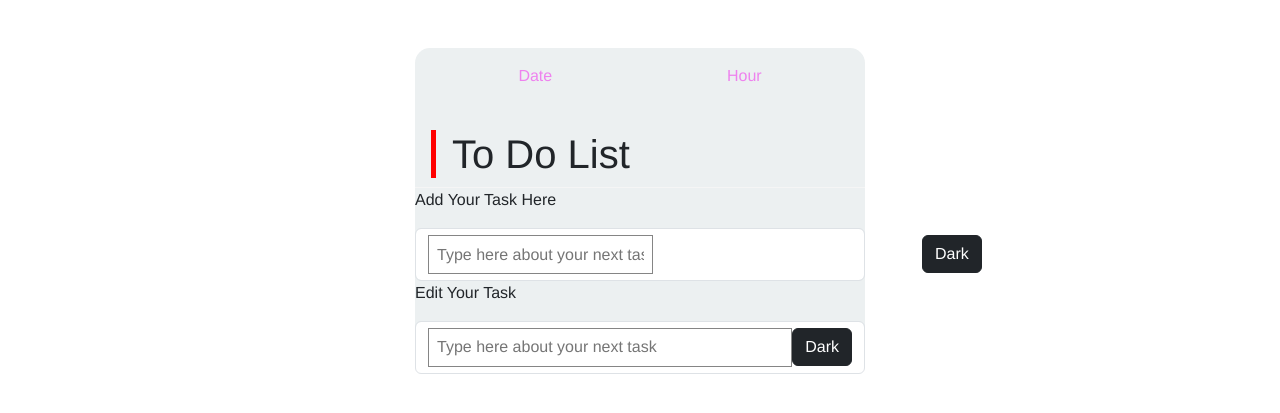
Repository: Passionblaz/TODO
Page: TODO/Untitled-1.html
The author's editor kept a copy of each file at every save. The page is drawn from the files as they stood at one save, then again after the next save.
The browser window is 1280 px wide. The pictures show the whole page.

Above is the page before, as saved 2023-07-14 12:57:29.

### TODO/Untitled-1.html
<!DOCTYPE html>
<html lang="en">
<head>
  <meta charset="UTF-8">
  <meta name="viewport" content="width=device-width, initial-scale=1.0">
  <title>Document</title>
  <link href="https://cdn.jsdelivr.net/npm/bootstrap@5.3.0/dist/css/bootstrap.min.css" rel="stylesheet" integrity="sha384-9ndCyUaIbzAi2FUVXJi0CjmCapSmO7SnpJef0486qhLnuZ2cdeRhO02iuK6FUUVM" crossorigin="anonymous">
  <!-- Bootstrap Bundle JS (jsDelivr CDN) -->
  <script defer src="https://cdn.jsdelivr.net/npm/bootstrap@5.3.0/dist/js/bootstrap.bundle.min.js" integrity="sha384-geWF76RCwLtnZ8qwWowPQNguL3RmwHVBC9FhGdlKrxdiJJigb/j/68SIy3Te4Bkz" crossorigin="anonymous"></script>
  <link rel="stylesheet" href="todostyles.css">
</head>
<body>
<div class="todo-container">
  <div class="date-hour">
    <p class="date">Date</p>
    <p class="hour">Hour</p>
  </div>
<header>
  <h1>To Do List</h1>
</header>
<!--  -->
<form action="" id="todo-form">
  <p>Add Your Task Here</p>
<div class="form-control">
<input type="text" id="todo-input" placeholder="Type here about your next task">
<div class="button">
  <button type="button" class="btn btn-dark">Dark</button>
 </div>
</div>

</form>

<form action="" id="edit-form">
  <p>Edit Your Task</p>
<div class="form-control">
<input type="text" id="edit-input" placeholder="Type here about your next task">
<div class="button2">
  <button type="button" class="btn btn-dark">Dark</button>
 </div>
</div>

</form>

</div>




    </body>
</html>

### TODO/todostyles.css
*{
  padding: 0;
  margin: 0;
  box-sizing: border-box;
}
body{
  font-family: 'Franklin Gothic Medium', 'Arial Narrow', Arial, sans-serif;
  background: rgb(red, green, blue);

}
.form-control {
  display: flex;
}
.form-control input {
  flex: 1;
  outline: 0;
box-shadow: none;
border: 1px solid #858585;
}
.form-control button:hover {
  background-color: green;
}
.date-hour {
  display: flex;
  justify-content: space-around;
  align-items:center;
  padding: 1rem 1rem 1.5rem 1rem;
  font-size: 16px;
  color: violet;
}
button {
  background-color: darkorange;
  color: blue;
  border: 2px solid red;
  padding: 0.2rem 0.4rem;
  font-size: .8rem;
  cursor: pointer;
  justify-content: center;
  align-items: center;
  transition: .4s;
  border: 1px solid orange;
}
button:hover {
  background-color: orangered;
  color: white;
}
button > i {
  font-weight: bold;
  pointer-events: none;
}
input {
  padding: .4rem .5rem;
}
.hide {
  display: none;
}
.todo-container {
  background-color: #ecf0f1;
  border-radius: 15px;
  width: 450px;
  margin: 3rem auto;
  padding: 1.5.rem;
}
.todo-container header {
  padding: 0.1rem 1rem;
border-bottom: 1px solid whitesmoke;
}
header >h1 {
  padding-left: 16px;
  border-left: 5px solid red;
}


.button {
  padding-left: 269px;

}

After the next save:
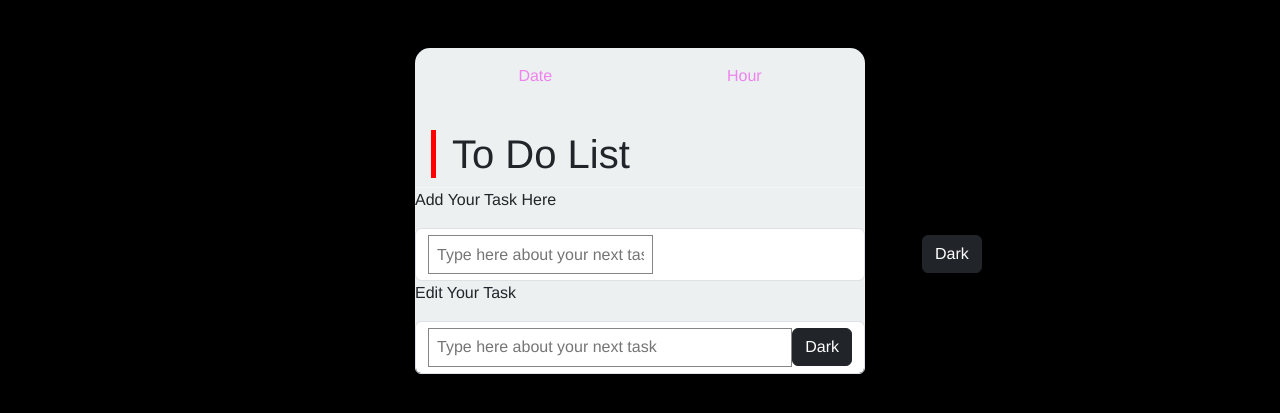
Saved 71 min 41 s later.
--- a/TODO/todostyles.css
+++ b/TODO/todostyles.css
@@ -5,7 +5,7 @@
 }
 body{
   font-family: 'Franklin Gothic Medium', 'Arial Narrow', Arial, sans-serif;
-  background: rgb(red, green, blue);
+  background: black;
 
 }
 .form-control {

After the save that followed:
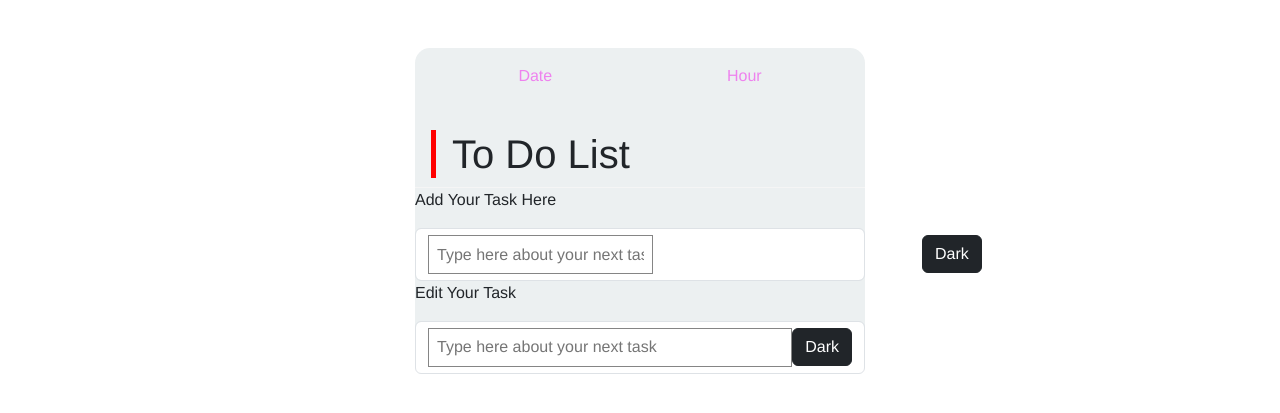
Saved 6 s later.
--- a/TODO/todostyles.css
+++ b/TODO/todostyles.css
@@ -5,7 +5,7 @@
 }
 body{
   font-family: 'Franklin Gothic Medium', 'Arial Narrow', Arial, sans-serif;
-  background: black;
+  background: ;
 
 }
 .form-control {
